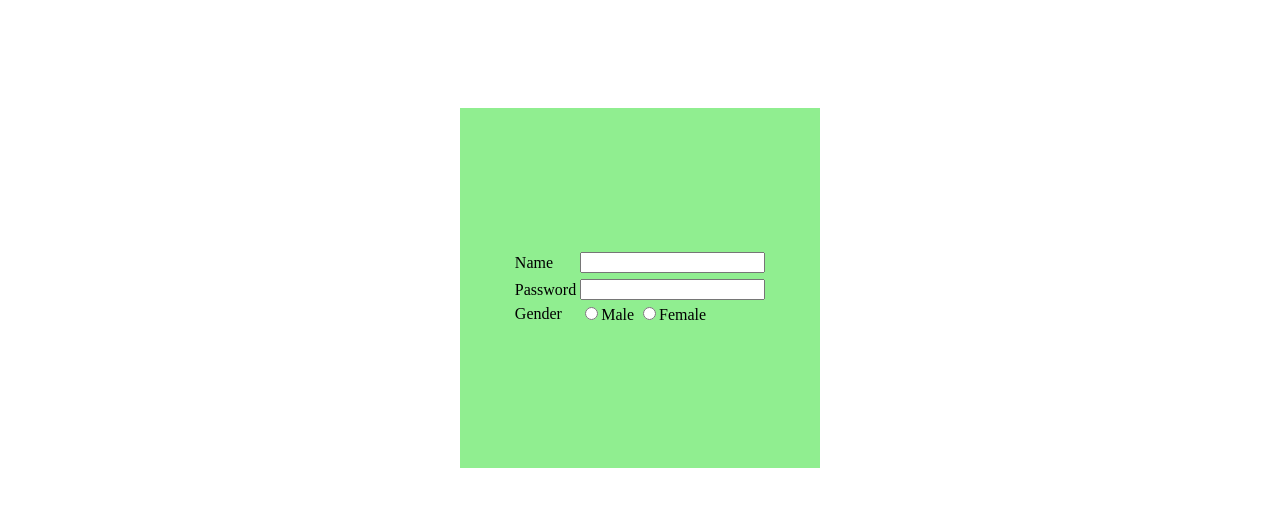
Repository: yash1sh/Java
Page: http://localhost/Servlet_Demo/
The author's editor kept a copy of each file at every save. The page is drawn from the files as they stood at one save, then again after the next save.
The browser window is 1280 px wide. The pictures show the whole page.
The page is served by Tomcat 9.

Above is the page before, as saved 2022-05-14 10:29:44.

After the next save:
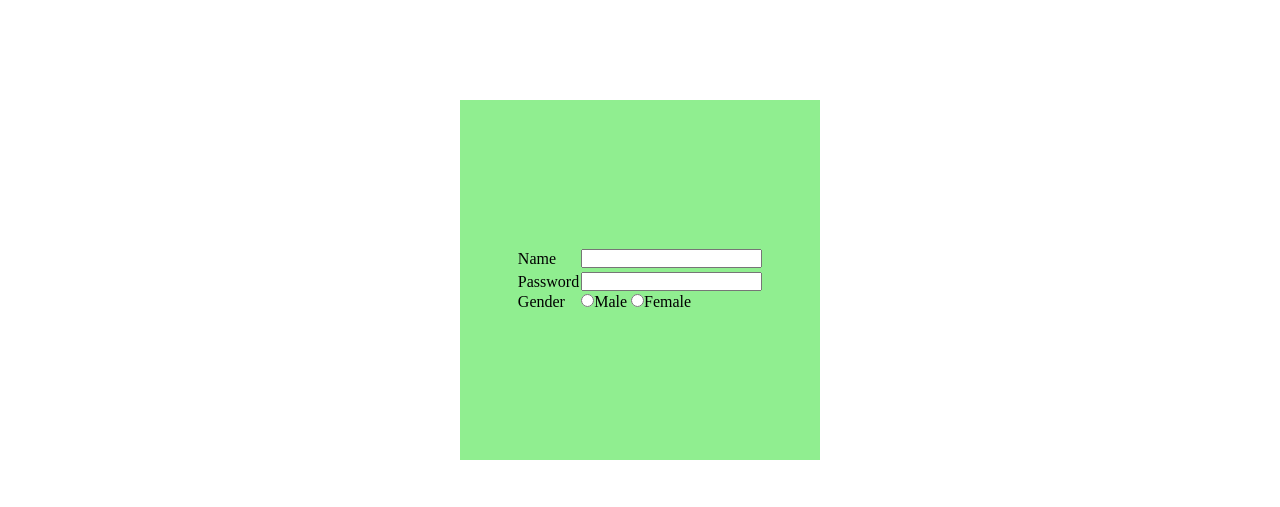
Saved 3 min 25 s later.
--- a/Bootcmp/Servlet_Demo/src/main/webapp/indexcss.css
+++ b/Bootcmp/Servlet_Demo/src/main/webapp/indexcss.css
@@ -1,4 +1,9 @@
 
+*{
+margin:0;
+padding:0;
+box-sizing: border-box;
+}
 .form{
 	display:flex;
 	justify-content:center;
